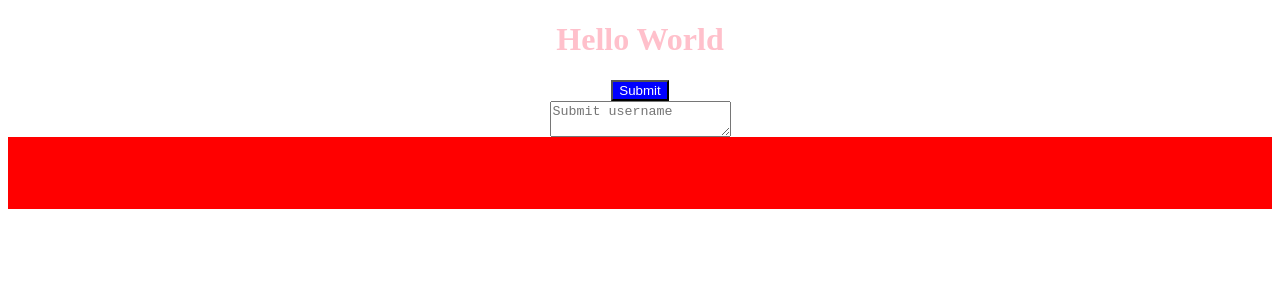
Repository: Flamemaster921/Feature-Showcase
Page: Index/firstPage/Website.html
An editor plug-in stored every save of this project. The page is shown before and after the next save, followed by the edit.
The browser window is 1280 px wide. The pictures show the whole page.

Above is the page before, as saved 2025-12-15 12:33:48.

### Index/firstPage/Website.html
<!DOCTYPE html>
<html lang="en">
<head>
    <meta charset="UTF-8">
    <meta name="viewport" content="width=device-width, initial-scale=1.0">
    <title>New Start</title>
    <link rel="stylesheet" href="Design.css">
    <script src="System.js" defer></script>
</head>
<body>
    <h1 class="titleCard">Hello World</h1>

    <button id="submitButton" class="primary-btn">Submit</button>

    <textarea id="usernameBox" class="text-input" placeholder="Submit username"></textarea>

    <div class="color-bar"></div>

</body>

### Index/firstPage/Design.css
.titleCard {
    display: flex;
    flex-direction: column;
    align-items: center;
    color: pink;
    left: auto;
}

.primary-btn {
    background-color: blue;
    color: white;

    position: relative;
    left: 0%;
    top: auto;
    display: block;
    margin: 0 auto;
}

.text-input{
    position: relative;
    left: auto;
    top: auto;
    display: block;
    margin: 0 auto;
}

.color-bar {
    display: flex;
    width: calc();
    height: 10svh;
    background-color: red;
}

### Index/firstPage/System.js
//Submit username
const textarea = document.getElementById("usernameBox");
const button = document.getElementById("submitButton");

button.addEventListener("click", () => {
    textarea.value = "";
});

After the next save:
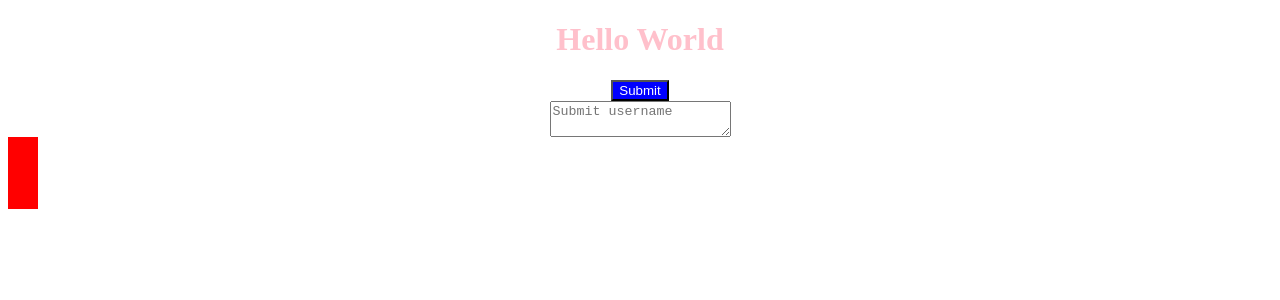
Saved 13 s later.
--- a/Index/firstPage/Design.css
+++ b/Index/firstPage/Design.css
@@ -27,7 +27,7 @@
 
 .color-bar {
     display: flex;
-    width: calc();
+    width: 30px;
     height: 10svh;
     background-color: red;
 }
